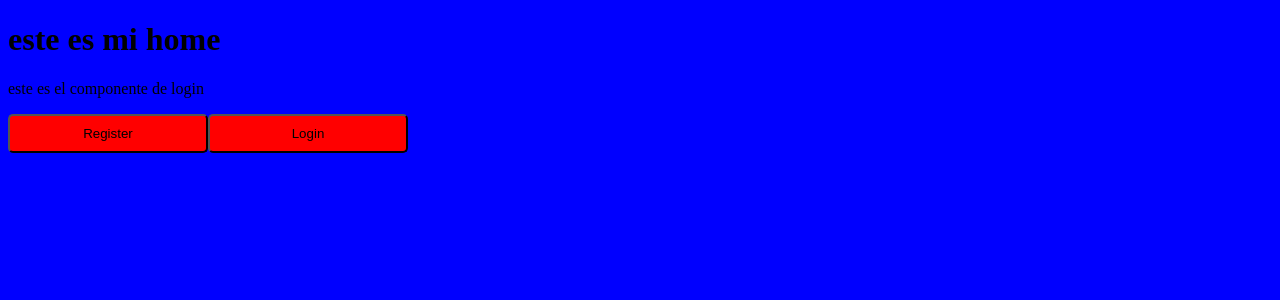
Repository: mauro8778/TurnoClinica
Page: / (app in front/vite-project/)
The author's editor kept a copy of each file at every save. The page is drawn from the files as they stood at one save, then again after the next save.
The browser window is 1280 px wide. The pictures show the whole page.
The project was rebuilt for these pictures with package versions that can differ from the ones it lists, and the page was loaded fresh each time. Also part of the build but not shown: front/vite-project/vite.config.js.

Above is the page before, as saved 2024-04-12 10:15:20.

### front/vite-project/src/App.jsx

import Home from "./views/home";
import "./index.css"

function App() {


  return (
    <>


     <Home/>
    </>
  )
}

export default App

### front/vite-project/src/views/home.jsx
import NavBar from "../components/NavBar/NavBar"

const Home = () => {
    return(
       <>
        <h1>este es mi home</h1>
        <NavBar/>
       </>
    )

}
export default Home

### front/vite-project/src/index.css
body{

  background-color: blue;
}

### front/vite-project/src/components/NavBar/NavBar.jsx
import { CustomButton } from "../button/customBottonStyled";
import Login from "../login/login";
import Register from "../register/register";
import  "./NavBar";

const NavBar=()=>{

    return(
    <>
    <div className="NavBar">

    <Login/>
   <Register/>
   <CustomButton>Register</CustomButton>
   <CustomButton>Login</CustomButton>


    </div>

    </>)
}
export default NavBar;

### front/vite-project/src/components/button/customBottonStyled.jsx
import styled from "styled-components"

export const CustomButton = styled.button`
color: black;
width: 200px;
border-radius: 20px;
background-color: red;
padding: 10px;
border-radius: 5px;
  cursor: pointer;
  transition: transform 0.3s ease;
&:hover{
    background-color:white;
    transform: translateY(-5px);
}
`

### front/vite-project/src/components/login/login.jsx
const Login=()=> {
    return(
       <>
       <div>

    <p>
            este es el componente de login
    </p>

</div>
       </>
    )
}
export default Login;

### front/vite-project/src/components/register/register.jsx
const Register=()=>{
<>
<div>
<p>
    este es el componente de registro
</p>
</div>


</>

}

export default Register;

Loaded but not shown: front/vite-project/index.html (common file); front/vite-project/src/main.jsx (common file)

After the next save:
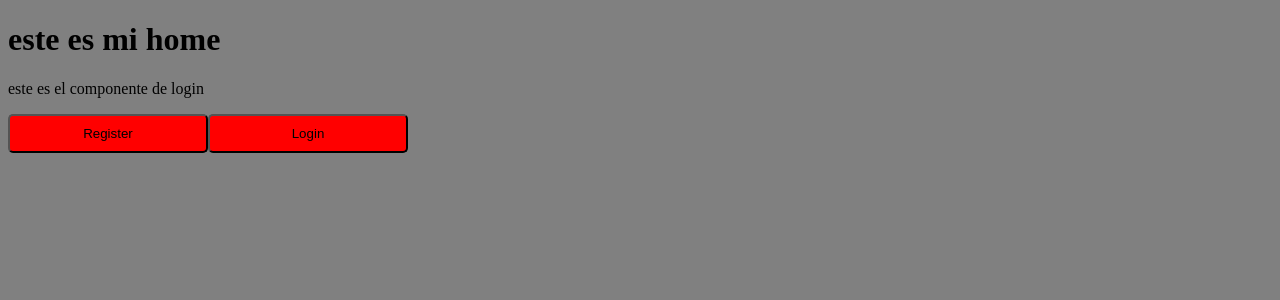
Saved 45 s later.
--- a/front/vite-project/src/index.css
+++ b/front/vite-project/src/index.css
@@ -1,4 +1,4 @@
 body{
 
-  background-color: blue;
+  background-color: grey;
 }
